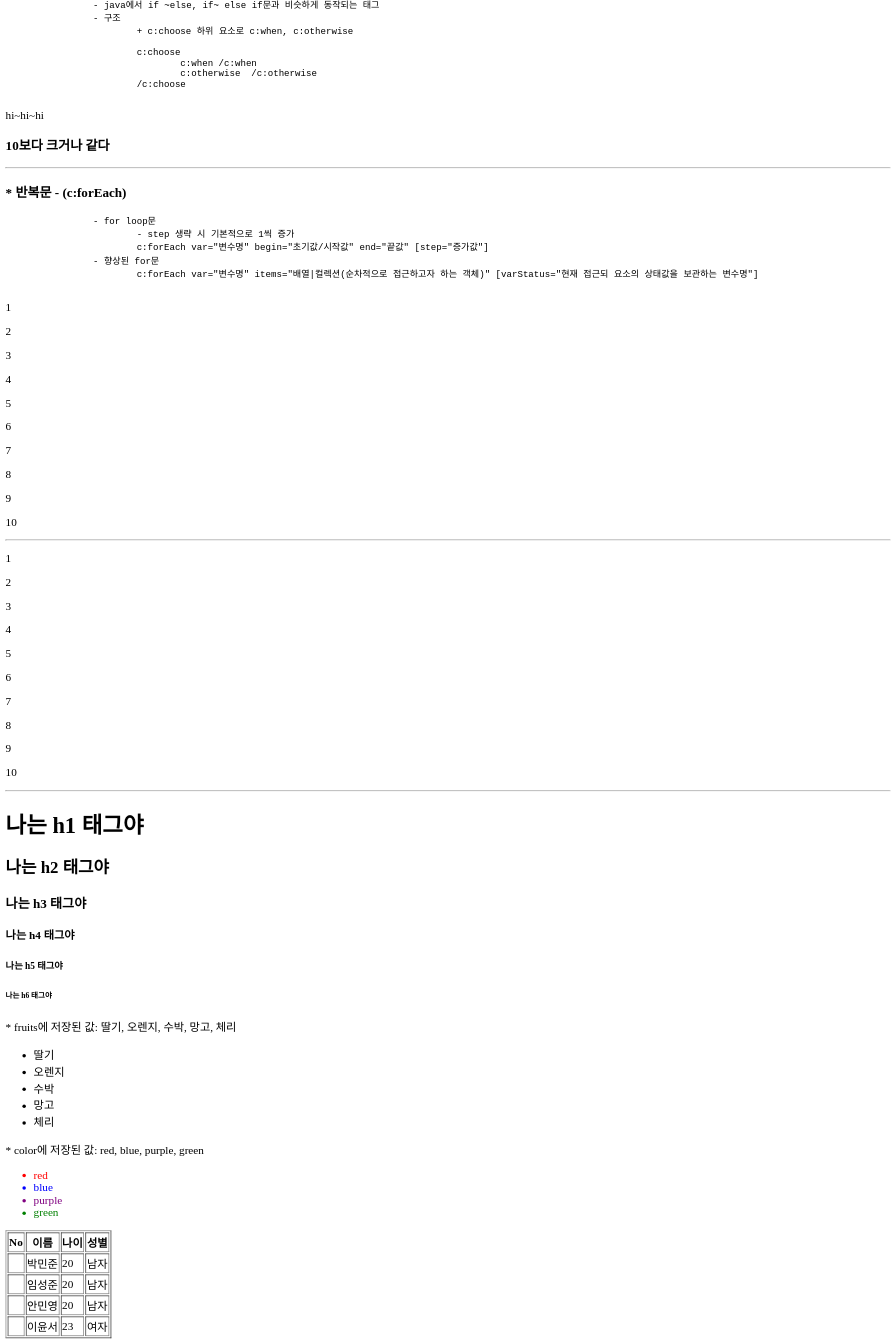
Repository: yoonseo0832/workspace
Page: http://localhost/2_jsp/views/4_CustomAction/2_core.jsp
The author's editor kept a copy of each file at every save. The page is drawn from the files as they stood at one save, then again after a run of saves.
The browser window is 1280 px wide. The pictures show the part of the page from y = 1094 to 3014 px (the page is 3014 px tall), at 70% of full size.
The page is served by Tomcat 9.

Above is the page before, as saved 2025-03-21 06:02:44.

After the next 2 saves:
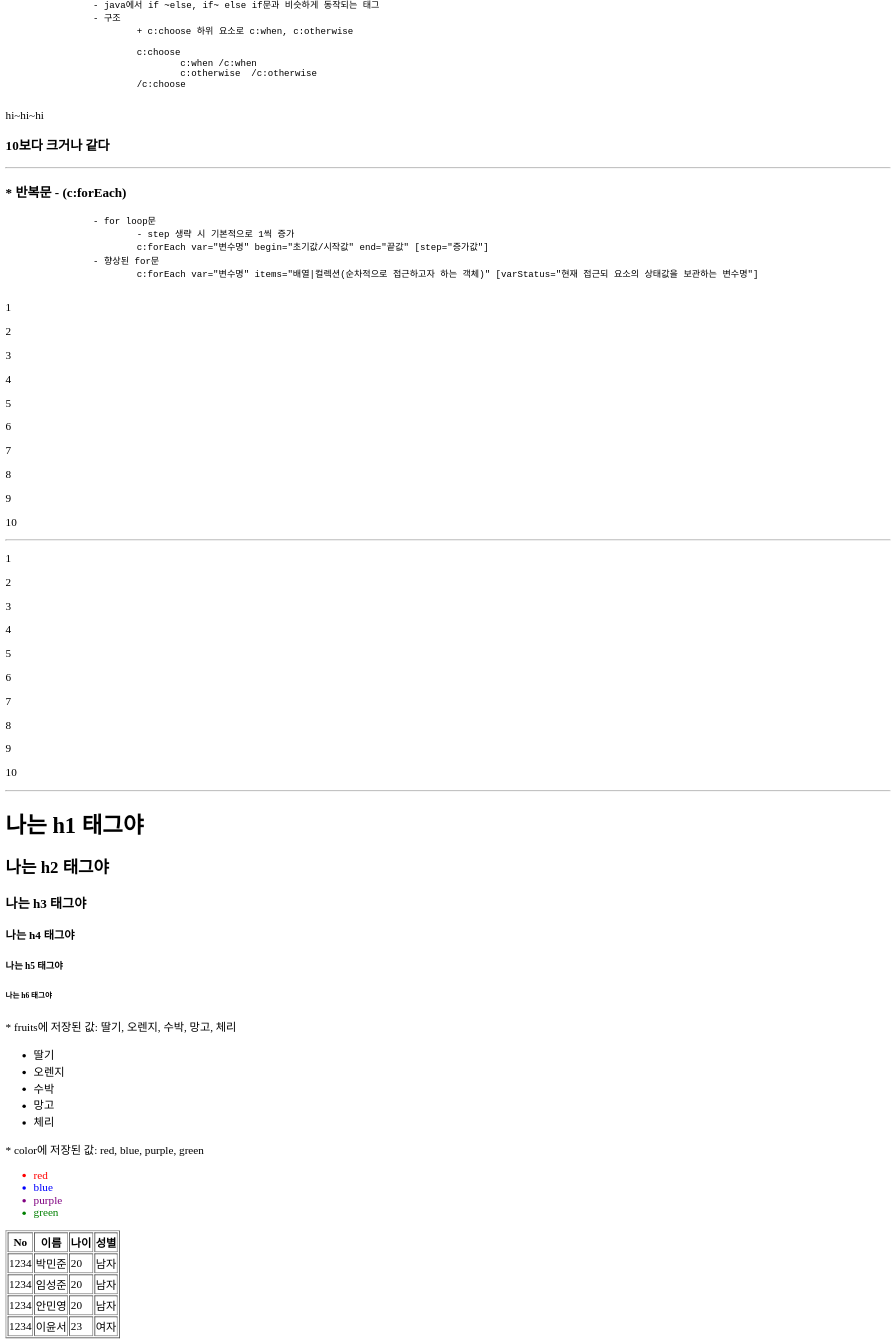
The 2 saves are shown as one change because 1 did not build or start.
The last was saved 86 s later.
--- a/05_server/2_jsp/src/main/webapp/views/4_CustomAction/2_core.jsp
+++ b/05_server/2_jsp/src/main/webapp/views/4_CustomAction/2_core.jsp
@@ -219,7 +219,7 @@
 				<c:otherwise>
 					<c:forEach var="l" items="${list}">
 						<tr>
-							<td></td>
+							<td><c:forEach var="i" begin="1" end="4">${i }</c:forEach></td>
 							<td>${l.name }</td>
 							<td>${l.age }</td>
 							<td>${l.gender }</td>
